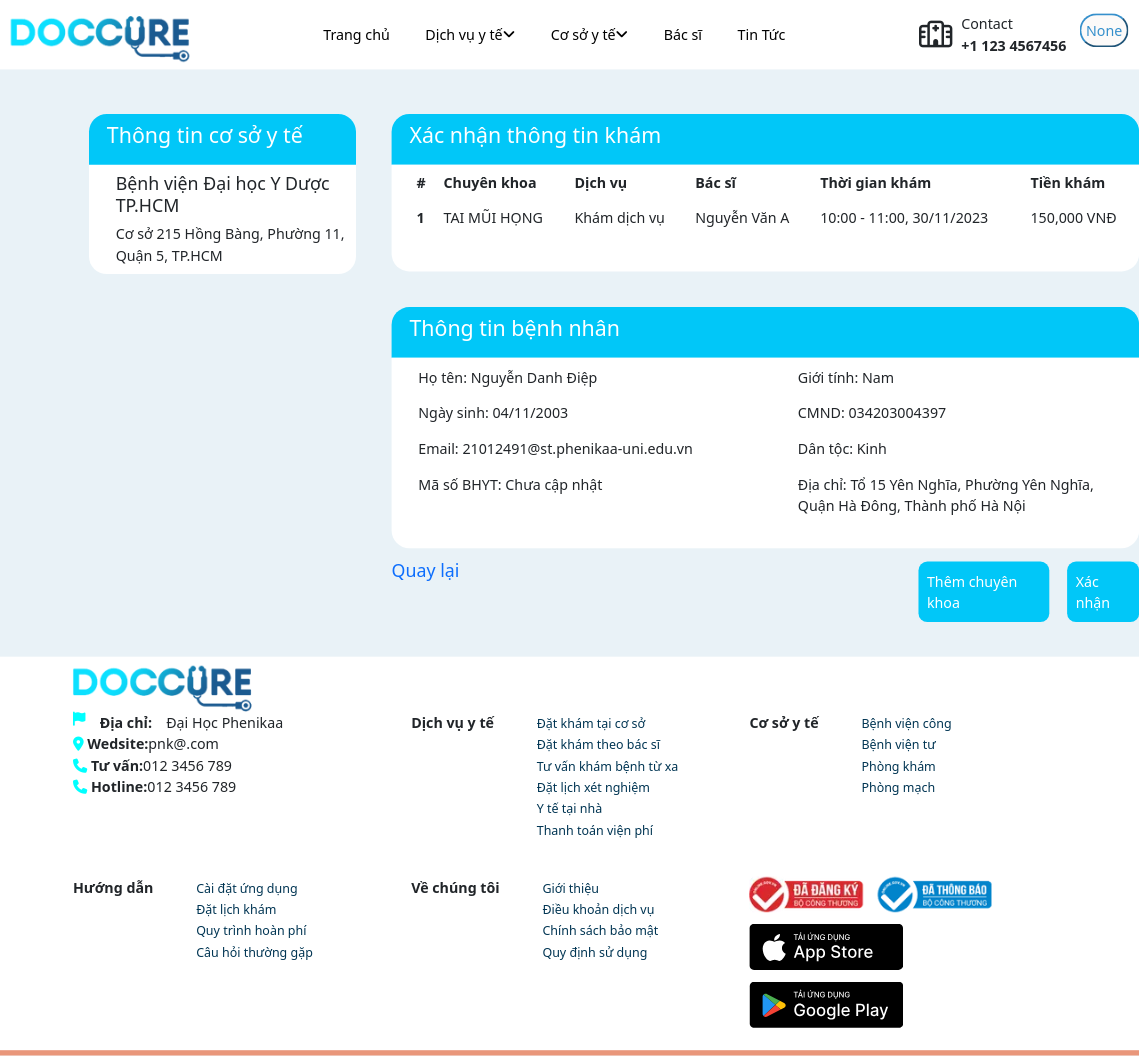
Repository: tuanminhh03/DACS-Complete
Page: http://localhost/web-user/xacnhan.php
The author's editor kept a copy of each file at every save. The page is drawn from the files as they stood at one save, then again after the next save.
The browser window is 1280 px wide. The pictures show the whole page, at 89% of full size.
The page is run by PHP 8.4 with error messages shown; the project is at /var/www/html/.

Above is the page before, as saved 2023-11-11 18:29:52.

### web-user/xacnhan.php
<!DOCTYPE html>
<html lang="en">

<head>
    <meta charset="UTF-8">
    <meta name="viewport" content="width=device-width, initial-scale=1.0">
    <link rel="icon" type="image/x-icon" href="./assest/img/icon_2.svg">
    <link rel="stylesheet" href="./assest/font/fontawesome-free-6.4.2-web/css/all.min.css">
    <link rel="stylesheet" href="./boostrap/bootstrap.min.css">
    <link rel="stylesheet" href="./assest/css/xacnhan.css">
    <title>Document</title>
</head>

<body>
    <!-- Header -->
    <header class="doccure_header">
        <div class="doccure_header-mid">
            <div class="container-fluid">
                <div class="navbar">
                    <div class="doccure_logo">
                        <div class="logo_wrap">
                            <a href="#" rel="home">
                                <img src="./assest/img/logo.png" alt="">
                            </a>
                        </div>
                    </div>
                    <ul id="menu_primary_menu" class="navbar-nav">
                        <li class="menu_item">
                            <a href="./index.php">Trang chủ</a>
                        </li>
                        <li class="menu_item">
                            <a href="./service.php">Dịch vụ y tế<i class="fa-solid fa-angle-down"></i></a>
                            <div class="subnav" style="width: 160px;">
                                <a href="./service.php">Đặt khám tại cơ sở</a>
                                <a href="./service2.php">Đặt khám theo bác sĩ</a>
                                <a href="">Tư vấn khám bệnh từ xa</a>
                                <a href="./service3.php">Đặt lịch xét nghiệm</a>
                                <a href="#">Y tế tại nhà</a>
                            </div>
                        </li>
                        <li class="menu_item">
                            <a href="./medical.php">Cơ sở y tế<i class="fa-solid fa-angle-down"></i></a>
                            <div class="subnav" style="width: 160px;">
                                <a href="#">Bệnh viện công</a>
                                <a href="#">Bệnh viện tư </a>
                                <a href="#">Phòng khám </a>
                                <a href="#">Phònh mạch</a>
                            </div>
                        </li>
                        <li class="menu_item">
                            <a href="./doctor.php">Bác sĩ</a>
                        </li>
                        <li class="menu_item">
                            <a href="./news.php">Tin Tức</a>
                        </li>
                    </ul>
                    <div class="doccure_info">
                        <div class="nav-item d-flex">
                            <div class="headder-contact-img pt-2">
                                <i class="fa-regular fa-hospital" style="font-size: 30px;"></i>
                            </div>
                            <div class="header_contact_detail">
                                <p class="conact_header">Contact</p>
                                <p class="contact_info_header"><b>+1 123 4567456</b></p>
                            </div>
                            <div class="style_user">
                                <button class="user">
                                    <?php
                                    session_start();
                                    if (isset($_SESSION["username"])) {
                                        echo $_SESSION["username"];
                                    } else {
                                        echo "None";
                                    }
                                    ?>
                                </button>
                                <div class="subnav">
                                    <a href="./hosobenhnhan.php"><i class="fa-solid fa-address-card"
                                            style="margin-right: 15px;"></i>Hồ Sơ Bệnh Nhân</a>
                                    <a href="./xacnhan.php"><i class="fa-solid fa-calendar-days"
                                            style="margin-right: 15px;"></i>Lịch Khám Bệnh</a>
                                    <a href="#"><i class="fa-solid fa-bell" style="margin-right: 15px;"></i>Thông
                                        báo</a>
                                    <a href="./updatehosobenhan.php"><i class="fa-solid fa-pen-to-square"
                                            style="margin-right: 15px;"></i>Cập nhập hồ sơ</a>
                                    <a href="../web/index.html" style="color: #e10e0e;"><i
                                            class="fa-solid fa-right-from-bracket"
                                            style="color: #e10e0e;margin-right: 15px;"></i>Đăng xuất</a>
                                </div>
                            </div>
                        </div>
                    </div>
                </div>
            </div>
        </div>
    </header>

    <div class="all1">
        <div style="display: flex;">
            <div class="left">
                <div class="left1">
                    <h4>Thông tin cơ sở y tế</h4>
                </div>
                <div class="left2">
                    <h5>Bệnh viện Đại học Y Dược TP.HCM</h5>
                    <p>Cơ sở 215 Hồng Bàng, Phường 11, Quận 5, TP.HCM</p>
                </div>
            </div>
        </div>
        <div style="display: block;">
            <div class="right">
                <div class="right1">
                    <div class="right11">
                        <h4>Xác nhận thông tin khám</h4>
                    </div>
                    <div class="right12">
                        <table>
                            <tr>
                                <th>#</th>
                                <th>Chuyên khoa</th>
                                <th>Dịch vụ</th>
                                <th>Bác sĩ</th>
                                <th>Thời gian khám</th>
                                <th>Tiền khám</th>
                            </tr>
                            <tr>
                                <td><b>1</b></td>
                                <td>TAI MŨI HỌNG</td>
                                <td>Khám dịch vụ</td>
                                <td>Nguyễn Văn A</td>
                                <td>10:00 - 11:00, 30/11/2023</td>
                                <td>150,000 VNĐ</td>
                            </tr>
                        </table>
                    </div>
                </div>
                <div class="right2">
                    <div class="right21">
                        <h4>Thông tin bệnh nhân</h4>
                    </div>
                    <div class="right22">
                        <div class="patient-info">
                            <div class="patient-info-item">
                                <p>Họ tên: Nguyễn Danh Điệp</p>
                                <p>Ngày sinh: 04/11/2003</p>
                                <p>Email: 21012491@st.phenikaa-uni.edu.vn</p>
                                <p>Mã số BHYT: Chưa cập nhật</p>
                            </div>
                            <div class="patient-info-item">
                                <p>Giới tính: Nam</p>
                                <p>CMND: 034203004397</p>
                                <p>Dân tộc: Kinh</p>
                                <p>Địa chỉ: Tổ 15 Yên Nghĩa, Phường Yên Nghĩa, Quận Hà Đông, Thành phố Hà Nội</p>
                            </div>
                        </div>
                    </div>
                    <div style="display: flex;">
                        <div class="right3">
                            <a href="" style=" text-decoration: none; ">
                                <p style="font-size: 20px;">Quay lại</p>
                            </a>
                        </div>
                        <div class="right4">
                            <div class="right41">
                                <a href="" style=" text-decoration: none;color: white; ">Thêm chuyên khoa</a>
                            </div>
                            <div class="right42">
                                <a href="" style=" text-decoration: none; color: white;">Xác nhận</a>
                            </div>
                        </div>
                    </div>
                </div>
            </div>
        </div>
    </div>

    <!-- FOOTER -->
    <div class="inline"></div>
    <div class="doccure-footer">
        <div class="container">
            <div class="footer-content">
                <div class="footer-system">
                    <img src="./assest/img/logo.png" alt="">
                    <div class="row">
                        <div class="col-4">
                            <div class="doccure-address-block">
                                <div class="doccure-address-title">
                                    <i class="fas fa-flag" style="color: aqua;"></i>
                                    <strong>Địa chỉ:</strong>Đại Học Phenikaa
                                </div>
                                <div class="doccure-address">
                                    <i class="fas fa-map-marker-alt" style="color: aqua;"></i>
                                    <strong>Wedsite:</strong>pnk@.com
                                </div>
                                <div class="doccure-address-hotline">
                                    <i class="fas fa-phone" style="color: aqua;"></i>
                                    <strong>Tư vấn:</strong>012 3456 789
                                    <br>
                                    <i class="fas fa-phone" style="color: aqua;"></i>
                                    <strong>Hotline:</strong>012 3456 789
                                </div>
                            </div>
                        </div>
                        <div class="col-4">
                            <div class="doccure-address-block">
                                <div class="doccure-address-title">
                                    <strong>Dịch vụ y tế</strong>
                                    <ul>
                                        <li><a href="#">Đặt khám tại cơ sở</a></li>
                                        <li><a href="#">Đặt khám theo bác sĩ</a></li>
                                        <li><a href="#">Tư vấn khám bệnh từ xa</a></li>
                                        <li><a href="#">Đặt lịch xét nghiệm</a></li>
                                        <li><a href="#">Y tế tại nhà</a></li>
                                        <li><a href="#">Thanh toán viện phí</a></li>
                                    </ul>
                                </div>
                            </div>
                        </div>
                        <div class="col-4">
                            <div class="doccure-address-block">
                                <div class="doccure-address-title">
                                    <strong>Cơ sở y tế</strong>
                                    <ul>
                                        <li><a href="#">Bệnh viện công</a></li>
                                        <li><a href="#">Bệnh viện tư</a></li>
                                        <li><a href="#">Phòng khám</a></li>
                                        <li><a href="#">Phòng mạch</a></li>
                                    </ul>
                                </div>
                            </div>
                        </div>
                        <div class="col-4">
                            <div class="doccure-address-block">
                                <div class="doccure-address-title">
                                    <strong>Hướng dẫn</strong>
                                    <ul>
                                        <li><a href="#">Cài đặt ứng dụng</a></li>
                                        <li><a href="#">Đặt lịch khám</a></li>
                                        <li><a href="#">Quy trình hoàn phí</a></li>
                                        <li><a href="#">Câu hỏi thường gặp</a></li>
                                    </ul>
                                </div>
                            </div>
                        </div>
                        <div class="col-4">
                            <div class="doccure-address-block">
                                <div class="doccure-address-title">
                                    <strong>Về chúng tôi</strong>
                                    <ul>
                                        <li><a href="#">Giới thiệu</a></li>
                                        <li><a href="#">Điều khoản dịch vụ</a></li>
                                        <li><a href="#">Chính sách bảo mật</a></li>
                                        <li><a href="#">Quy định sử dụng</a></li>
                                    </ul>
                                </div>
                            </div>
                        </div>
                        <div class="col-4">
                            <div class="doccure-address-block">
                                <div class="doccure-address-title">
                                    <a href=""><img src="./assest/img/img_ft1.webp" alt=""></a>
                                    <a href=""><img src="./assest/img/img_ft2.png" alt=""></a>
                                    <a href=""><img src="./assest/img/img_ft3.svg" alt=""></a>
                                    <a href=""><img src="./assest/img/img_ft4.svg" alt=""></a>
                                </div>
                            </div>
                        </div>
                    </div>
                </div>
                <div class="footer-copyright"></div>
            </div>
        </div>
    </div>
    <footer>

    </footer>
    <script src="./boostrap/bootstrap.min.js"></script>
    <script src="./jquery/code.jquery.com_jquery-3.7.1.min.js"></script>
</body>

</html>

### web-user/assest/css/xacnhan.css
*{
    padding: 0;
    margin: 0;
    box-sizing: border-box;
}
.navbar{
    display: flex;
    justify-content: start;
    align-items: center;
    position: relative;
    justify-content: space-between;
}
.doccure_header .doccure_logo .logo_wrap img{
    padding-top: 10px;
}
.doccure_header .navbar-nav {
    flex-direction: row;
}
.doccure_header ul>li{
    padding: 0 20px;
}
.doccure_header ul>li>a{
    text-decoration: none;
    color: black;
    font-weight: 500;
}
#menu_primary_menu li>a:hover{
    color: rgb(55, 135, 209);
}
.doccure_header .nav_item{
    display: flex;
}
.doccure_header .header_contact_detail p{
    margin: 0;
    margin-left: 10px;
}
.doccure_header .style_user .user{
    border-radius: 50px;
    background-color: rgb(252, 250, 249);
    padding: 5px 5px;
    margin-left: 15px;
    color: rgb(54, 144, 204);
    border-color: rgb(54, 144, 204);;
}
.doccure_header .style_user button:hover{
    color: #fff;
    background-color: rgb(89, 151, 221);
}
.menu_item {
    position: relative;
}

.menu_item .subnav {
    display: none;
    position: absolute;
    top: 100%;
    left: 0;
    background-color: #fff;
    border: 1px solid #ccc;
    border-radius: 5px;
    z-index: 1;
}
.style_user{
    position: relative;
}
.style_user .subnav{
    width: 250px;
    display: none;
    position: absolute;
    top: 100%;
    left: 0;
    background-color: #fff;
    border: 1px solid #ccc;
    border-radius: 5px;
    z-index: 1;
}
.style_user:hover .subnav {
    display: block;
}
.menu_item {
    position: relative;
}

.menu_item .subnav {
    display: none;
    position: absolute;
    top: 100%;
    left: 0;
    background-color: #fff;
    border: 1px solid #ccc;
    border-radius: 5px;
    z-index: 1;
}
.style_user .subnav a{
    color: #00b5f1;
    font-size: 15px;
}

.menu_item:hover .subnav {
    display: block;
}
.subnav a {
    display: block;
    padding: 10px;
    text-decoration: none;
    color: #333;
    font-size: 13px;
    font-weight: 600;
    font-family:  Roboto,sans-serif!important;;
}

.subnav a:hover {
    background-color: #f0f0f0;
}
/* banner */
.banner-slide{
    width: 100%;
    background-position: 100%!important;
    height: 30vw!important;
    position: relative;
}

.banner-slide .banner-slide--bg{
    width: 100%;
    height: 100%;
    background-size: cover;
    background-position: center;
}

.banner-slide .slide-1{
    background-image: url('../img/img_bg_medical.png');
}
.banner-slide .style_title{
    position: absolute;
    text-align: center;
    top: 0;
    left: 0;
}
#doccure-banner .banner-slide .style_title .style_card{
    background-color: #fff;
    display: inline-block;
    position: relative;
    left: 0;
    margin: 25px 25px;
    padding: 35px;
    border-radius: 30px;
    border: 3px solid #fff;
    -webkit-backdrop-filter: blur(30px);
    backdrop-filter: blur(30px);
    background-color: hsla(0,0%,100%,.6);
    box-shadow: 4px 8px 20px 0 hsla(199,9%,64%,.3);
    width: -moz-fit-content!important;
    width: fit-content!important;
    height: -moz-fit-content;
    height: fit-content;
    white-space: nowrap;
}
.banner-slide .style_title .style_card .style_content_title p{
    font-size: 25px;
    font-weight: 500;
    line-height: 29px;
    letter-spacing: 0;
    text-align: left;
    margin: 0;
}
.banner-slide .style_title .style_card .style_content_title h1{
    font-size: 32px;
    font-style: normal;
    line-height: normal;
    margin-top: 6px;
    font-family: Montserrat,sans-serif!important;
    font-weight: 700;
    text-align: left;
    color: #00e0ff;
    margin-bottom: 16px;
}
.banner-slide .style_title .style_card .style_line_tittle{
    background: linear-gradient(83.63deg,#00b5f1 33.34%,#00e0ff 113.91%);
    height: 1px;
    width: 100%;
}
.banner-slide .style_title .style_card .style_text{
    padding-top: 16px;
    max-width: 500px;
    font-weight: 400;
    line-height: 29px;
    letter-spacing: .04em;
    text-align: left;
    position: relative;
}
.cl-brown{
    color: rgb(58, 178, 247);
}
.content-introduce .map {
    display: flex;
    align-items: center;
    font-weight: 700;
}
.content-introduce .map p{
    margin: 0;
    padding: 0 10px;
}
.content-introduce .map a{
    text-decoration: none;
    color: black;
    padding: 0 10px 0 0;
    border-bottom: 2px solid brown;
}
.content-introduce .map a > i{
    padding: 4px;
}
.content-introduce .map a:hover{
    color: rgb(58, 148, 231);
}
.content-introduce .map a:hover > i{
    border-radius: 5px;
    border: 1px solid brown;

}
/* main */
.all1 {
    display: flex;
    padding-left: 100px;
    padding-top: 50px;
    background-color: #e9f2f7;
    height: 660px;
}
.left {
    display: block;
    width: 300px;
    height: 180px;
    margin-right: 40px;
    background-color: white;
    border-radius: 20px;
}
.left1  {
    background-color: #01c7f8;
    padding-left: 20px;
    padding-top: 10px;
    padding-bottom: 10px;
    color: white;
    border-top-right-radius: 20px;
    border-top-left-radius: 20px;
}
.left2  {

    padding-left: 30px;
    padding-top: 10px;
    padding-bottom: 10px;
}


.right {
    display: block;
}
.right1 {
    padding-bottom: 40px;
    border-radius: 20px;
}
.right2 {
    border-radius: 20px;

}
.right11 {
    background-color: #01c7f8;
    text-align: left;
    padding-left: 20px;
    padding-top: 10px;
    padding-bottom: 10px;
    color: white;
    border-top-right-radius: 20px;
    border-top-left-radius: 20px;
}

.right12 {
    background-color: white;
    padding-left: 20px;
    padding-bottom: 40px;
    border-bottom-left-radius: 20px;
    border-bottom-right-radius: 20px;
}
.right22 {
    background-color: white;
    padding-left: 20px;
    border-bottom-left-radius: 20px;
    border-bottom-right-radius: 20px;
}

.right21 {
    text-align: left;
    background-color: #01c7f8;
    padding-left: 20px;
    padding-top: 10px;
    padding-bottom: 10px;
    color: white;
    border-top-right-radius: 20px;
    border-top-left-radius: 20px;

}
.right3 {
    margin-top: 10px;
    width: 100px;
    display: flex;

}
.right4 {
    display: flex;
    margin-left: 500px;
    padding-top: 15px;
}
.right41 {
    background-color: #01c7f8;
    padding: 10px;
    border-radius: 10px;
}
.right42 {
    margin-left: 20px;
    background-color: #01c7f8;
    padding: 10px;
    border-radius: 10px;
}

.patient-info {
    display: flex;
    flex-wrap: wrap;
    justify-content: space-between;
}

.patient-info-item {
    width: 48%;
    padding: 10px;
    margin-bottom: 10px;
}

table {
    border-collapse: collapse;
    width: 100%;
}

table, th, td {
    border: none;
}

th, td {
    padding: 8px;
    text-align: left;
}

/* footer */
.doccure-footer{
    width: 100%;
    height: 100%;
    background-color: #fff;
    justify-content: center;
}
.footer-content{
    padding-top: 10px;
}

.footer-system h2{
    font-size: 18px;
    font-weight: 600;
    margin-bottom: 15px;
}

.footer-system .doccure-address-block{
    width: 90%;
    margin-bottom: 25px;
}

.footer-system .doccure-address-block a{
    color:#003553;
    text-decoration: none;
    font-size: 14px;
}
.footer-system .doccure-address-block ul>li{
    list-style: none;
}

.footer-system .doccure-address-block a:hover{
    text-decoration: underline;
}
.footer-system .doccure-address-block .doccure-address-title{
    display: flex;
    width: 100%;
    flex-wrap: wrap;
    gap: 13px 16px;
}
footer {
    text-align: center;
    padding: 3px;
    background-color: DarkSalmon;
    color: white;
}

Loaded but not shown: web-user/assest/font/fontawesome-free-6.4.2-web/css/all.min.css (library); web-user/boostrap/bootstrap.min.css (library); web-user/boostrap/bootstrap.min.js (library); web-user/jquery/code.jquery.com_jquery-3.7.1.min.js (library); web-user/assest/img/img_ft4.svg (9 lines, source omitted); web-user/assest/img/img_ft3.svg (6 lines, source omitted)

After the next save:
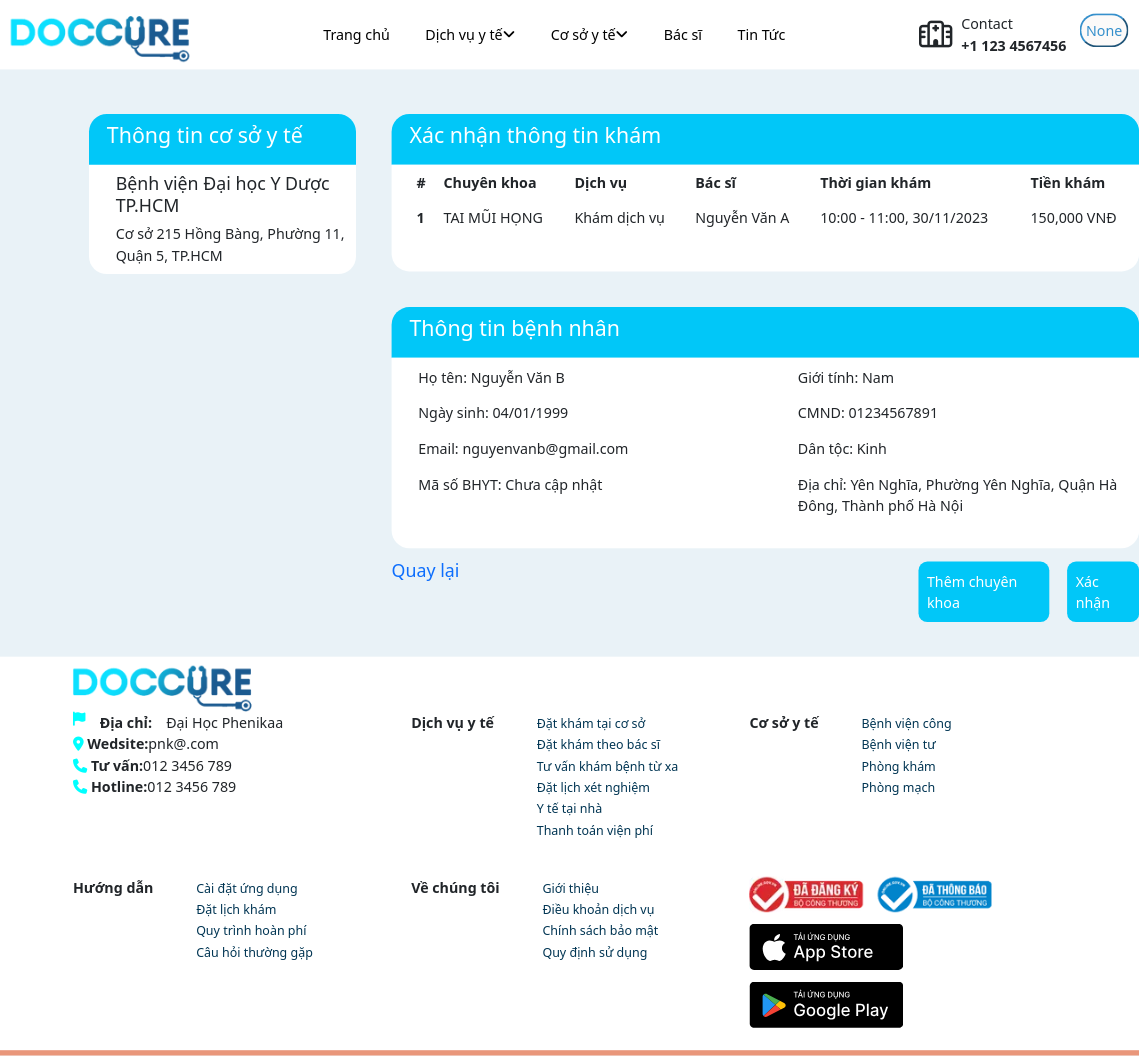
Saved 5 min 5 s later.
--- a/web-user/xacnhan.php
+++ b/web-user/xacnhan.php
@@ -141,22 +141,22 @@
                     <div class="right22">
                         <div class="patient-info">
                             <div class="patient-info-item">
-                                <p>Họ tên: Nguyễn Danh Điệp</p>
-                                <p>Ngày sinh: 04/11/2003</p>
-                                <p>Email: 21012491@st.phenikaa-uni.edu.vn</p>
+                                <p>Họ tên: Nguyễn Văn B</p>
+                                <p>Ngày sinh: 04/01/1999</p>
+                                <p>Email: nguyenvanb@gmail.com</p>
                                 <p>Mã số BHYT: Chưa cập nhật</p>
                             </div>
                             <div class="patient-info-item">
                                 <p>Giới tính: Nam</p>
-                                <p>CMND: 034203004397</p>
+                                <p>CMND: 01234567891</p>
                                 <p>Dân tộc: Kinh</p>
-                                <p>Địa chỉ: Tổ 15 Yên Nghĩa, Phường Yên Nghĩa, Quận Hà Đông, Thành phố Hà Nội</p>
+                                <p>Địa chỉ: Yên Nghĩa, Phường Yên Nghĩa, Quận Hà Đông, Thành phố Hà Nội</p>
                             </div>
                         </div>
                     </div>
                     <div style="display: flex;">
                         <div class="right3">
-                            <a href="" style=" text-decoration: none; ">
+                            <a href="./index.php" style=" text-decoration: none; ">
                                 <p style="font-size: 20px;">Quay lại</p>
                             </a>
                         </div>
